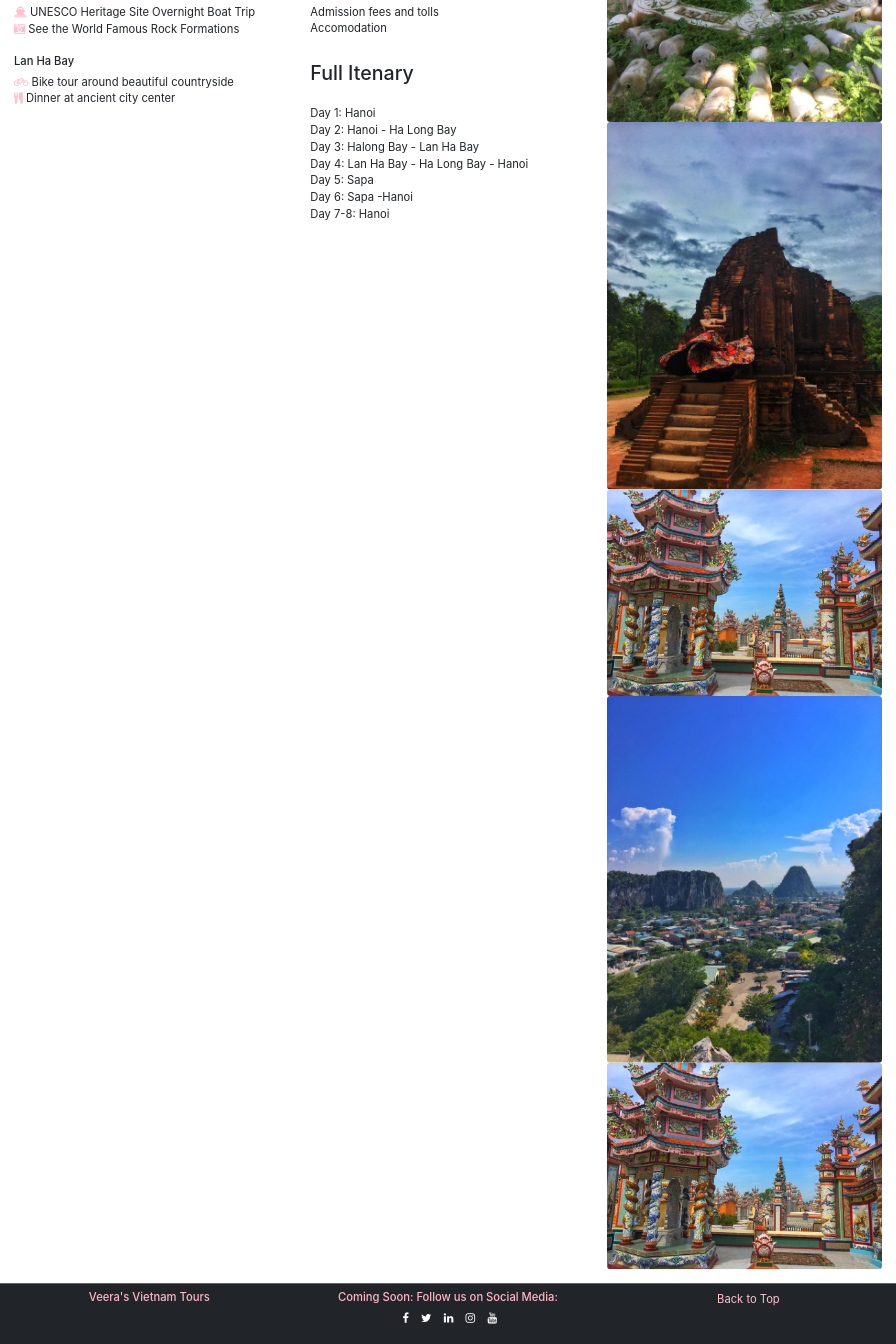
Repository: VAhola/VietnamTour
Page: 8d.html
The author's editor kept a record of every edit. The page is drawn from the files as they stood at one moment, then again after the next edit.
The browser window is 1280 px wide. The pictures show the part of the page from y = 806 to 2726 px (the page is 2726 px tall before and 1907 px after), at 70% of full size.

Above is the page before.

After the next edit:
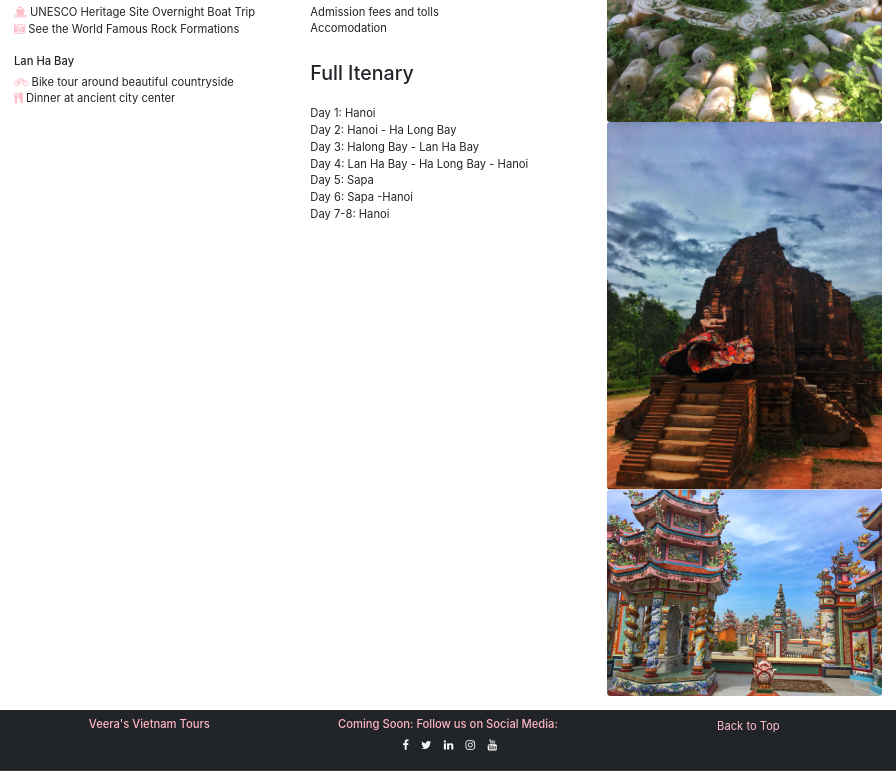
The edit:
--- a/8d.html
+++ b/8d.html
@@ -123,12 +123,6 @@
                 <figure class="gallery__item gallery__itemy--3">
                     <img src="Assets/pictures/IMG-20190712-WA0021.jpg" class="gallery__img" alt="Image 4">
                 </figure>
-               <figure class="gallery__item gallery__itemy--4">
-                    <img src="/Assets/pictures/IMG-20190712-WA0025.jpg" class="gallery__img" alt="Image 4">
-                </figure>
-                <figure class="gallery__item gallery__itemy--5">
-                    <img src="Assets/pictures/IMG-20190712-WA0021.jpg" class="gallery__img" alt="Image 4">
-                </figure>
             </div>
          </div>
     </div>
